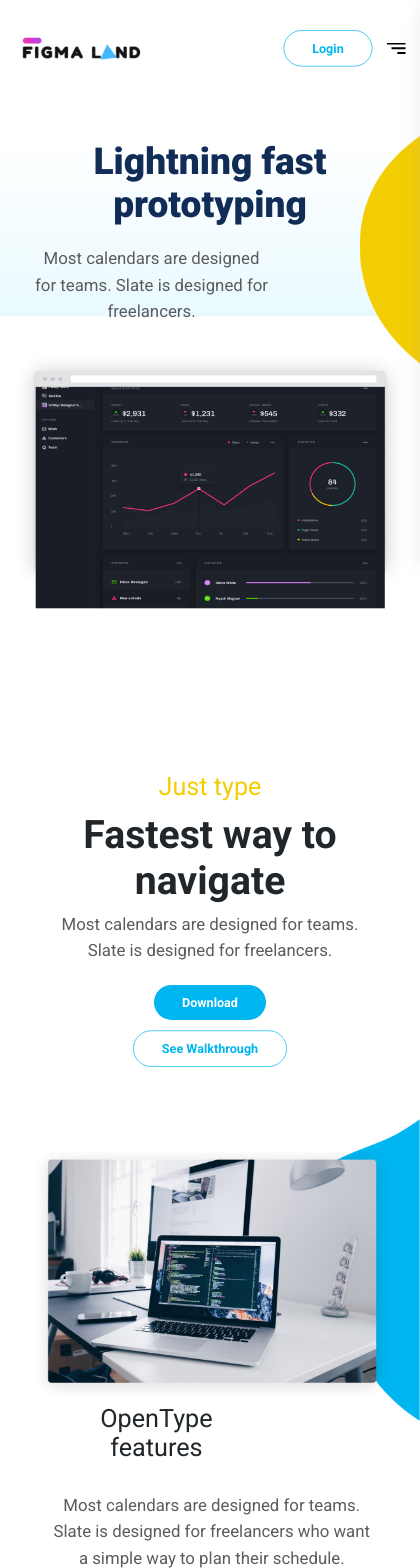
Repository: tungcutte35/Figma-Land
Page: sass/index.html
These files come from the project's save history. The page is drawn as it stood at one moment and after the next save; the edit follows.
The browser window is 600 px wide. The pictures show the part of the page from y = 0 to 2240 px (the page is 5985 px tall), at 70% of full size.
The style sheet was rebuilt from its Sass, Less or Tailwind sources for each picture, by a compiler version that may differ from the author's.

Above is the page before, as saved 2021-10-25 16:20:12.

### sass/index.html
<!DOCTYPE html>
<html lang="en">
  <head>
    <meta charset="UTF-8" />
    <meta http-equiv="X-UA-Compatible" content="IE=edge" />
    <meta name="viewport" content="width=device-width, initial-scale=1.0" />
    <title>Figma Land</title>
    <link rel="stylesheet" href="./css/app.css" />
    <link rel="preconnect" href="https://fonts.googleapis.com" />
    <link rel="preconnect" href="https://fonts.gstatic.com" crossorigin />
    <link
      href="https://fonts.googleapis.com/css2?family=Roboto:wght@400;700;900&display=swap"
      rel="stylesheet"
    />
  </head>
  <body>
    <div class="wrapper">
      <header class="header">
        <div class="container">
          <div class="header-container">
            <div class="header-img">
              <a href="#">
                <img srcset="./images/logo.png 2x" alt="" />
              </a>
            </div>
            <ul class="menu">
              <li class="menu-item">
                <a href="#" class="menu-link">Home</a>
              </li>
              <li class="menu-item">
                <a href="#" class="menu-link">Product</a>
              </li>
              <li class="menu-item">
                <a href="#" class="menu-link">About</a>
              </li>
              <li class="menu-item">
                <a href="#" class="menu-link">Contact</a>
              </li>
            </ul>
            <div class="header-login">
              <a href="#" class="button button--outline">Login</a>
              <img src="./images/Toggle.svg " alt="" />
            </div>
          </div>
        </div>
      </header>
      <main>
        <section class="lightning">
          <div class="container">
            <div class="lightning-container">
              <div class="lightning-header">
                <h2 class="lightning-heading">Lightning fast prototyping</h2>
                <p class="text lightning-content">
                  Most calendars are designed for teams. Slate is designed for
                  freelancers.
                </p>
                <div class="lightning-button">
                  <a href="#" class="button button--primary">Get Started</a>
                  <a href="#" class="button button--outline">Try For Free</a>
                </div>
                <img
                  srcset="./images/img.png 2x"
                  alt=""
                  class="lightning-img"
                />
              </div>

              <img
                srcset="./images/Vector.png 2x"
                alt=""
                class="lightning-vector1"
              />
              <img
                srcset="./images/Vector2.png 2x"
                alt=""
                class="lightning-vector2"
              />
              <img
                srcset="./images/Vector3.png 2x"
                alt=""
                class="lightning-vector3"
              />
            </div>
          </div>
        </section>
        <section class="fastest">
          <div class="container">
            <div class="fastest-container">
              <div class="fastest-header">
                <h3 class="fastest-type">Just type</h3>
                <h3 class="heading fastest-heading">Fastest way to navigate</h3>
                <p class="text fastest-content">
                  Most calendars are designed for teams. Slate is designed for
                  freelancers.
                </p>
              </div>
              <div class="fastest-button">
                <a href="#" class="button button--primary">Download</a>
                <a href="#" class="button button--outline">See Walkthrough</a>
              </div>
            </div>
          </div>
        </section>
        <section class="features">
          <div class="container-fly">
            <div class="features-container">
              <div class="features-firsd">
                <div class="features-desc">
                  <h3 class="heading features-heading">OpenType features</h3>
                  <p class="text features-content">
                    Most calendars are designed for teams. Slate is designed for
                    freelancers who want a simple way to plan their schedule.
                  </p>
                  <button class="features-more">LEARN MORE</button>
                </div>
                <div class="features-img">
                  <img srcset="./images/features1.png 2x" alt="" />
                </div>
              </div>
              <div class="features-seconds">
                <div class="features-img">
                  <img srcset="./images/features2.png 2x" alt="" />
                </div>
                <div class="features-desc">
                  <h3 class="heading features-heading">Variable fonts</h3>
                  <p class="text features-content">
                    Most calendars are designed for teams. Slate is designed for
                    freelancers
                  </p>
                  <button class="features-more">LEARN MORE</button>
                </div>
              </div>
            </div>
            <img
              srcset="./images/features-vector1.png 2x"
              alt=""
              class="features-vector1"
            />
            <img
              srcset="./images/features-vector3.png 2x"
              alt=""
              class="features-vector3"
            />
            <img
              srcset="./images/features-vector2.png 2x"
              alt=""
              class="features-vector2"
            />
          </div>
        </section>
        <section class="work">
          <div class="container">
            <div class="work-container">
              <h3 class="heading work-heading">A rethink of how we work</h3>
              <p class="text work-content">
                Being a freelancer is a rollercoaster of emotions. We built
                Slate to keep your
              </p>
              <div class="work-img">
                <img srcset="./images/work.png 2x" alt="" />
              </div>
              <div class="work-desc">
                <span class="work-facebook">Facebook</span>
                <span class="work-data">35,929</span>
              </div>
              <a href="#" class="button button--primary">
                Get Started For Free
              </a>
            </div>
          </div>
        </section>
        <section class="testimonial">
          <div class="container">
            <div class="testimonial-container">
              <h3 class="heading testimonial-heading">Testimonials</h3>
              <div class="testimonial-img">
                <img srcset="./images/IBM.png 2x" alt="" />
              </div>
              <p class="text-small testimonial-content">
                Being a freelancer is a rollercoaster of emotions. We built
                Slate to keep your freelance business less stressful. We'd love
                to show you what we're building...
              </p>
              <div class="testimonial-author">
                <div class="testimonial-avtar">
                  <img srcset="./images/author.png 2x" alt="" />
                </div>
                <div class="testimonial-desc">
                  <p class="testimonial-name">Esther Webb</p>
                  <span class="testimonial-job">Designer</span>
                </div>
              </div>
              <a href="#" class="button button--primary">All Testimonials</a>
            </div>
            <img
              class="testimonial-vector1"
              srcset="./images/testimonial-vector1.png 2x"
              alt=""
            />
            <img
              class="testimonial-vector2"
              srcset="./images/testimonial-vector2.png 2x"
              alt=""
            />
            <img
              class="testimonial-vector3"
              srcset="./images/testimonial-vector3.png 2x"
              alt=""
            />
          </div>
        </section>
        <section class="pricing">
          <div class="container-fly">
            <div class="pricing-container">
              <div class="pricing-content">
                <h3 class="heading pricing-heading">Pricing</h3>
                <p class="text-small pricing-desc">
                  Most calendars are designed for teams. Slate is designed for
                  freelancers who want a simple way to plan their schedule.
                </p>
              </div>
              <div class="pricing-buy">
                <p class="pricing-time">30-DAY FREE TRIAL</p>
                <div class="pricing-price">
                  <img srcset="./images/price.png 2x" alt="" />
                </div>
                <p class="text-small pricing-third">
                  Most calendars are designed for teams.
                </p>
                <a href="#" class="button button--primary">Get Started</a>
              </div>
            </div>
          </div>
        </section>
        <section class="focus">
          <div class="container-fly">
            <div class="focus-container">
              <div class="focus-header">
                <h3 class="focus-heading">We focus on ergonomic meeting</h3>
              </div>
              <div class="focus-content">
                <p class="text-small focus-desc1">
                  Being a freelancer is a rollercoaster of emotions. We built
                  Slate to keep your freelance business building...
                </p>
                <p class="text-small focus-desc2">
                  Being a freelancer is a rollercoaster of emotions. We built
                  Slate to keep your freelance business building...
                </p>
                <a href="#" class="button button--primary">Get Started</a>
              </div>
            </div>
          </div>
        </section>
      </main>
      <footer class="footer">
        <div class="container">
          <div class="footer-container">
            <div class="footer-firsd">
              <div class="footer-logo">
                <img srcset="./images/logo.png 2x" alt="" />
              </div>
              <p class="footer-content">Just type what's on your mind</p>
            </div>
            <ul class="footer-seconds">
              <li class="footer-item">
                <a href="" class="footer-link">Home</a>
              </li>
              <li class="footer-item">
                <a href="" class="footer-link">Product</a>
              </li>
              <li class="footer-item">
                <a href="" class="footer-link">About</a>
              </li>
              <li class="footer-item">
                <a href="" class="footer-link">Contact</a>
              </li>
            </ul>
            <div class="footer-social">
              <div class="footer-twitter">
                <img src="./images/Twitter.svg" alt="" />
              </div>
              <div class="footer-facebook">
                <img src="./images/facebook.svg" alt="" />
              </div>
              <div class="footer-in">
                <img src="./images/In.svg" alt="" />
              </div>
            </div>
          </div>
        </div>
        <div class="footer-copy">
          <p class="footer-copyright">© 2021 - Bản quyền thuộc về Tungcutte</p>
        </div>
      </footer>
    </div>
  </body>
</html>

### sass/app.scss
@import "./reset";
@import "./variables";
@import "./global";
@import "./header";
@import "./menu";
@import "./lightning";
@import "./fastest";
@import "./features";
@import "./work";
@import "./testimonial";
@import "./pricing";
@import "./focus";
@import "./footer";

### sass/_variables.scss
$font: "Roboto", sans-serif;
$primary-color: #00b6f0;
$heading-color: #20262a;
$text-color: #5c5c5c;
$secondary-color: #112d57;

### sass/_global.scss
.wrapper {
  max-width: 1600px;
  margin: 0 auto;
}
.container {
  max-width: 1160px;
  margin: 0 auto;
  padding: 0 20px;
}
.container-fly {
  max-width: 1045px;
  margin: 0 auto;
  padding: 0 20px;
}
body {
  font-family: $font;
  line-height: 1;
  font-size: 18px;
  color: $heading-color;
}
ul {
  list-style-type: none;
}
.button {
  display: inline-flex;
  justify-content: center;
  align-items: center;
  font-size: 18px;
  font-weight: 700;
  line-height: 1;
  font-family: $font;
  padding: 16px 40px;
  border-radius: 85px;
  background-color: transparent;
  border: 0;
  outline: none;
  cursor: pointer;
  transition-duration: 0.4s;

  &--primary {
    color: #fff;
    background-color: $primary-color;
    &:hover {
      color: $primary-color;
      background-color: transparent;
      border: 1.4px solid $primary-color;
    }
  }
  &--outline {
    color: $primary-color;
    border: 1.4px solid $primary-color;
    &:hover {
      background-color: $primary-color;
      color: white;
    }
  }
}

.heading {
  color: $heading-color;
  font-weight: 700;
  font-size: 56px;
  line-height: calc(65 / 56);
}
.text {
  font-size: 24px;
  font-weight: 450;
  color: $text-color;
  line-height: calc(38 / 24);
}
.text-small {
  font-size: 19px;
  line-height: calc(30 / 19);
  font-weight: 450;
  color: $text-color;
}

### sass/_header.scss
.header {
  margin-top: 30px;
  margin-bottom: 91px;

  &-container {
    display: flex;
    justify-content: space-between;
    align-items: center;
  }
  &-login {
    display: flex;
    justify-content: space-between;
    align-items: center;
    gap: 0 20px;
  }
}

### sass/_menu.scss
.menu {
  display: flex;
  align-items: center;
  justify-content: center;
  gap: 0 41px;
  &-item {
    display: flex;
    align-items: center;
    justify-content: center;
  }
  &-link {
    color: inherit;
    font-size: 20px;
    &:after {
      display: block;
      content: "";
      border-bottom: solid 2px $primary-color;
      transform: scaleX(0);
      transition: transform 250ms ease-in-out;
    }
    &:hover:after {
      transform: scaleX(1);
    }
    &:hover {
      color: $primary-color;
    }
  }
  @media screen and (max-width: 767px) {
    position: fixed;
    top: 0;
    right: 0;
    bottom: 0;
    z-index: 99;
    background-color: white;
    box-shadow: rgba(149, 157, 165, 0.2) 0px 8px 24px;
    width: 300px;
    flex-direction: column;
    align-items: flex-start;
    justify-content: flex-start;
    transform: translateX(100%);
    transition: all 0.2s linear;
    &-item {
      margin-top: 10px;
    }
    &-link {
      display: block;
      padding: 10px 25px;
      font-size: 25px;
    }
  }
}

### sass/_lightning.scss
.lightning {
  margin-bottom: 800px;
  position: relative;
  background: linear-gradient(0deg, #e9faff 0%, rgba(233, 250, 255, 0) 100%);

  &-container {
    display: flex;
    align-items: center;
    justify-content: center;
    gap: 0 25px;
  }
  &-header {
    text-align: center;
    max-width: 544px;
  }
  &-heading {
    max-width: 510px;
    font-weight: 900;
    font-size: 72px;
    line-height: calc(78 / 72);
    color: $secondary-color;
    margin-bottom: 27px;
  }
  &-content {
    margin-bottom: 84px;
  }
  &-button {
    display: flex;
    align-items: center;
    justify-content: center;
    gap: 0 25px;
    margin-bottom: 45px;
  }
  &-vector1 {
    position: absolute;
    left: -1%;
    bottom: -60%;
  }
  &-vector2 {
    position: absolute;
    right: -1%;
    bottom: -75%;
  }
  &-vector3 {
    display: none;
  }
  &-img {
    position: absolute;
    bottom: -165%;
    left: 15px;
    z-index: 99;
    width: calc(100% - 30px);
    height: 803px;
  }
  @media screen and (max-width: 1023px) {
    background: linear-gradient(
      360deg,
      #e9faff 0%,
      rgba(233, 250, 255, 0) 100%
    );
    &-header {
      z-index: 2;
    }
  }
  @media screen and (max-width: 767px) {
    margin-bottom: 650px;
    &-header {
      margin-bottom: -32%;
    }
    &-heading {
      font-size: 53px;
      line-height: calc(62 / 53);
    }
    &-content {
      font-size: 24px;
      line-height: calc(38 / 24);
      max-width: 343px;
      margin-bottom: 70px;
    }
    &-vector1 {
      left: -50%;
    }
    &-vector2 {
      display: none;
    }
    &-vector3 {
      display: block;
      position: absolute;
      right: 0;
      bottom: -60%;
    }
    &-img {
      height: 370px;
      img {
        width: 50%;
        height: 50%;
        object-fit: cover;
      }
    }
  }
}

### sass/_fastest.scss
.fastest {
  margin-bottom: 162px;
  &-container {
    margin: 0 auto;
  }
  &-header {
    text-align: center;
  }
  &-type {
    font-size: 36px;
    line-height: calc(42 / 36);
    color: #f3cd03;
    font-weight: 450;
    margin-bottom: 17px;
  }
  &-heading {
    margin-bottom: 10px;
  }
  &-content {
    max-width: 459px;
    margin: 0 auto;
    margin-bottom: 60px;
  }
  &-button {
    display: flex;
    align-items: center;
    justify-content: center;
    gap: 0 13px;
  }
  @media screen and (max-width: 767px) {
    margin-bottom: 130px;

    &-button {
      flex-direction: column;
      gap: 15px;
    }
    &-content {
      margin-bottom: 30px;
    }
  }
}

### sass/_work.scss
.work {
  margin-bottom: 200px;
  &-container {
    text-align: center;
  }
  &-heading {
    margin-bottom: 10px;
  }
  &-content {
    font-size: 19px;
    line-height: calc(30 / 19);
    font-weight: 450;
    margin-bottom: 52px;
  }
  &-img {
    display: flex;
    align-items: center;
    justify-content: center;
    margin-bottom: 7px;
  }
  &-desc {
    display: flex;
    justify-content: space-between;
    align-items: center;
    margin: 0 190px;
    margin-bottom: 40px;
  }
  &-facebook {
    font-size: 14px;
    line-height: calc(24 / 14);
    font-weight: 400;
    color: #505d6f;
  }
  &-data {
    font-size: 14px;
    line-height: calc(24 / 14);
    font-weight: 700;
    color: #505d70;
  }
  @media screen and (max-width: 767px) {
    margin-bottom: 130px;
    &-heading {
      margin-bottom: 20px;
    }
  }
}

### sass/_testimonial.scss
.testimonial {
  margin-bottom: 110px;
  position: relative;

  &-container {
    text-align: center;
  }
  &-heading {
    margin-bottom: 50px;
  }
  &-img {
    display: flex;
    align-items: center;
    justify-content: center;
    margin-bottom: 50px;
  }
  &-content {
    max-width: 480px;
    margin: 0 auto;
    margin-bottom: 50px;
  }

  &-author {
    margin-bottom: 50px;
    display: flex;
    justify-content: center;
    align-items: center;
  }
  &-desc {
    margin-left: 15px;
    text-align: start;
  }
  &-name {
    font-size: 18px;
    line-height: calc(20 / 18);
    font-weight: 450;
    color: #20262a;
  }
  &-job {
    font-size: 18px;
    line-height: calc(28 / 18);
    color: $text-color;
    font-weight: 450;
  }
  &-vector1 {
    position: absolute;
    left: 170px;
    top: 290px;
  }
  &-vector2 {
    position: absolute;
    right: 0;
    bottom: -110px;
  }
  &-vector3 {
    display: none;
  }
  @media screen and (max-width: 1023px) {
    &-vector1 {
      left: 35px;
      top: 125px;
    }
    &-vector2 {
      z-index: -1;
      bottom: -112px;
    }
  }
  @media screen and (max-width: 767px) {
    &-vector1 {
      display: none;
    }
    &-vector2 {
      display: none;
    }
    &-vector3 {
      display: block;
      position: absolute;
      right: 0;
      bottom: -111px;
      z-index: -1;
    }
  }
}

### sass/_pricing.scss
.pricing {
  background: #182333;

  &-container {
    color: white;
    display: flex;
    justify-content: space-between;
    align-items: center;
    gap: 0 160px;
    padding: 100px 70px;
  }
  &-content {
    max-width: 437px;
  }
  &-heading {
    color: white;
    margin-bottom: 16px;
  }
  &-desc {
    color: white;
    max-width: 400px;
  }
  &-buy {
    max-width: 277px;
  }
  &-time {
    font-size: 18px;
    line-height: calc(28 / 18);
    font-weight: 450;
    margin-bottom: 10px;
  }
  &-price {
    margin-bottom: 20px;
  }
  &-third {
    max-width: 250px;
    color: white;
    margin-bottom: 20px;
  }
  @media screen and (max-width: 767px) {
    &-container {
      flex-direction: column;
    }
    &-content {
      margin-bottom: 60px;
    }
  }
}

### sass/_focus.scss
.focus {
  background: linear-gradient(180deg, #e9faff 0%, rgba(233, 250, 255, 0) 100%);
  &-container {
    display: flex;
    justify-content: space-between;
    align-items: center;
    padding: 50px 0 70px;
    gap: 0 110px;
  }
  &-header {
    margin-top: -20%;
  }
  &-heading {
    font-weight: 450;
    font-size: 36px;
    max-width: 406px;
  }
  &-content {
    max-width: 446px;
  }
  &-desc1 {
    max-width: 430px;
    margin-bottom: 40px;
  }
  &-desc2 {
    max-width: 430px;
    margin-bottom: 20px;
  }
  @media screen and (min-width: 1024px) {
    &-container {
      margin-left: 30px;
    }
  }
  @media screen and (max-width: 1023px) {
    &-container {
      margin-left: 30px;
    }
  }
  @media screen and (max-width: 767px) {
    background: linear-gradient(
      -10deg,
      #e9faff 0%,
      rgba(233, 250, 255, 0) 100%
    );
    &-container {
      flex-direction: column;
      gap: 40px;
      margin-top: 60px;
    }
    &-content {
      margin-bottom: 20px;
    }
    &-desc2 {
      margin-bottom: 40px;
    }
  }
}

### sass/_footer.scss
.footer {
  &-container {
    display: flex;
    justify-content: space-between;
    align-items: center;
    padding-bottom: 20px;
  }
  &-logo {
    height: 58px;
    max-width: 206px;
    img {
      width: 100%;
      height: 100%;
      object-fit: cover;
      margin-left: -12px;
    }
  }
  &-content {
    font-size: 18px;
    line-height: calc(28 / 18);
    font-weight: 450;
  }
  &-seconds {
    display: flex;
    justify-content: space-between;
    align-items: center;
    gap: 0 31px;
  }
  &-social {
    display: flex;
    justify-content: space-between;
    align-items: center;
    gap: 0 35px;
    cursor: pointer;
  }
  &-link {
    font-size: 18px;
    line-height: calc(20 / 18);
    font-weight: 450;
    color: $heading-color;
  }
  &-copy {
    text-align: center;
    margin-bottom: 60px;
  }
  @media screen and (max-width: 767px) {
    &-container {
      flex-direction: column;
      margin-top: 20px;
    }
    &-firsd {
      margin-bottom: 20px;
    }
    &-logo {
      display: flex;
      align-items: center;
      justify-content: center;
      img {
        margin-left: 40px;
      }
    }
    &-seconds {
      margin-bottom: 20px;
    }
  }
}

Loaded but not shown: sass/_reset.scss (common file); sass/_features.scss (119 lines, source omitted)

After the next save:
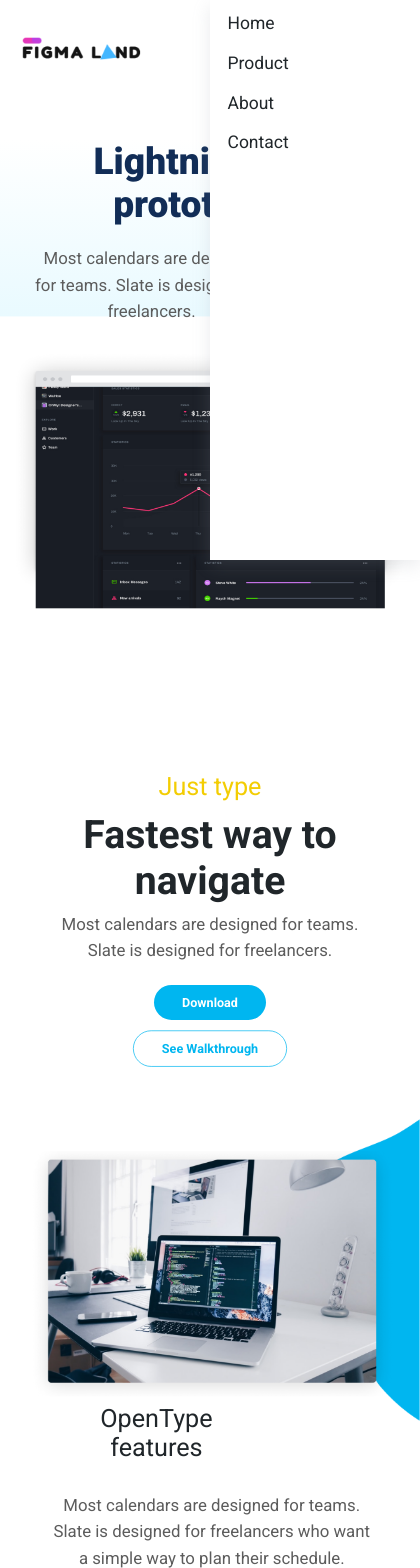
Saved 2 min 0 s later.
--- a/sass/_menu.scss
+++ b/sass/_menu.scss
@@ -37,7 +37,7 @@
     flex-direction: column;
     align-items: flex-start;
     justify-content: flex-start;
-    transform: translateX(100%);
+    // transform: translateX(100%);
     transition: all 0.2s linear;
     &-item {
       margin-top: 10px;

After the save that followed:
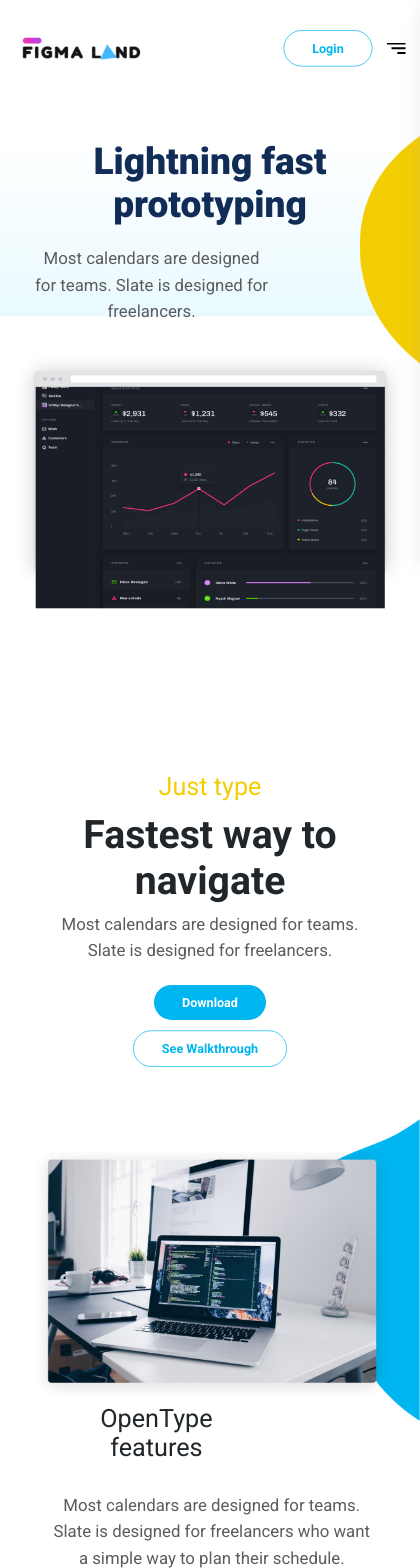
Saved 8 s later.
--- a/sass/_menu.scss
+++ b/sass/_menu.scss
@@ -37,7 +37,7 @@
     flex-direction: column;
     align-items: flex-start;
     justify-content: flex-start;
-    // transform: translateX(100%);
+    transform: translateX(100%);
     transition: all 0.2s linear;
     &-item {
       margin-top: 10px;
